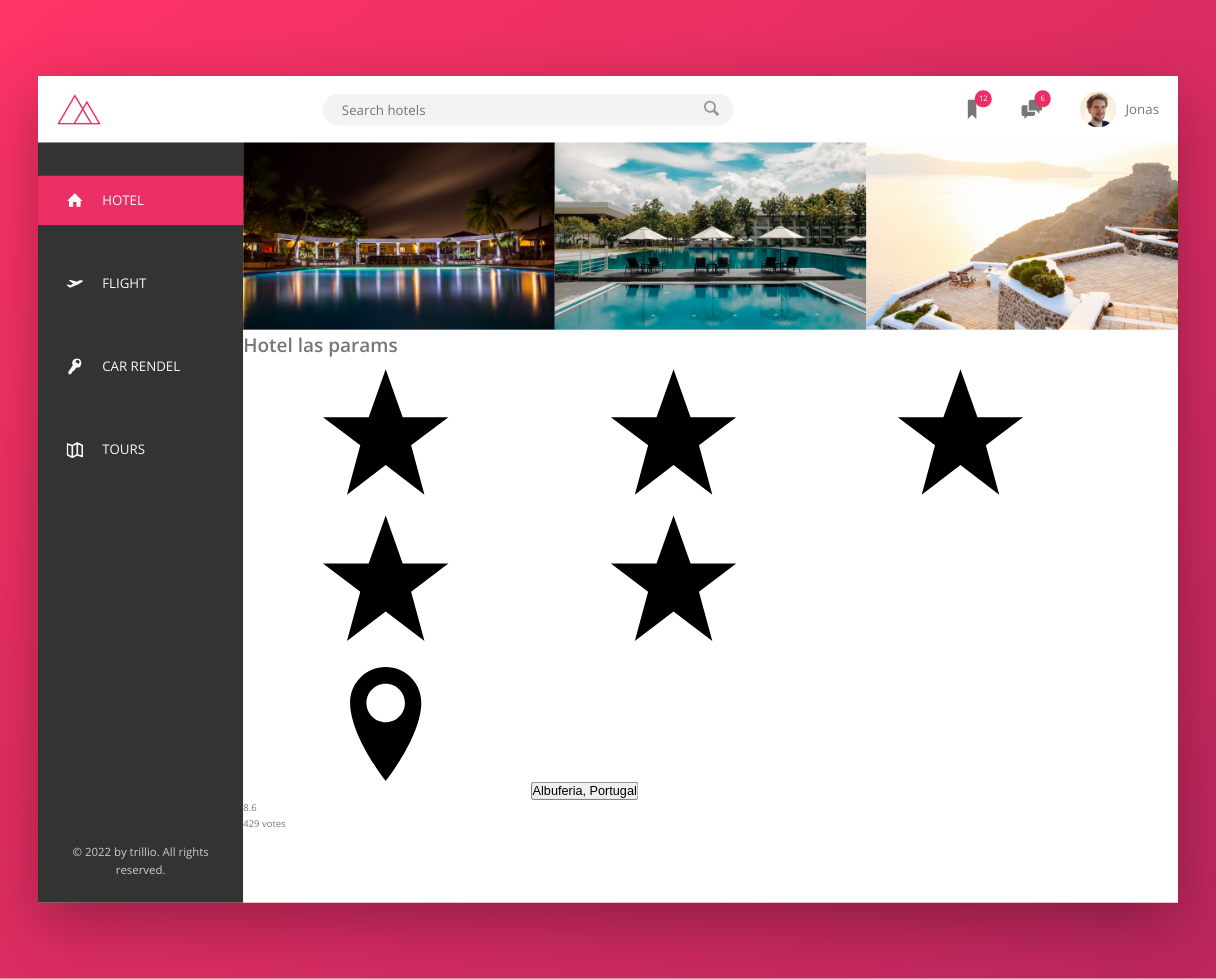
Repository: mohamediyas/flex_website
Page: index.html
An editor plug-in stored every save of this project. The page is shown before and after the next save, followed by the edit.
The browser window is 1280 px wide. The pictures show the whole page, at 95% of full size.
The style sheet was rebuilt from its Sass, Less or Tailwind sources for each picture, by a compiler version that may differ from the author's.

Above is the page before, as saved 2022-08-06 12:51:18.

### index.html
<!DOCTYPE html>
<html lang="en">
  <head>
    <meta charset="UTF-8" />
    <meta name="viewport" content="width=device-width, initial-scale=1.0" />
    <meta http-equiv="X-UA-Compatible" content="ie=edge" />

    <link
      href="https://fonts.googleapis.com/css?family=Open+Sans:300,400,600"
      rel="stylesheet"
    />
    <link rel="stylesheet" href="css/style.css" />
    <link rel="shortcut icon" type="image/png" href="img/favicon.png" />

    <title>nexter &mdash; your home, your freedom</title>
  </head>
  <body>
    <div class="container">
      <header class="header">
        <img src="img/logo.png" alt="trilio logo" class="logo" />
        <form action="#" class="search">
          <input
            type="text"
            class="search__input"
            placeholder="Search hotels"
          />
          <button class="search__button">
            <svg class="search__icon">
              <use xlink:href="img/sprite.svg#icon-magnifying-glass"></use>
            </svg>
          </button>
        </form>

        <nav class="user-nav">
          <div class="user-nav__icon-box">
            <svg class="user-nav__icon">
              <use xlink:href="img/sprite.svg#icon-bookmark"></use>
            </svg>
            <span class="user-nav__notification">12</span>
          </div>
          <div class="user-nav__icon-box">
            <svg class="user-nav__icon">
              <use xlink:href="img/sprite.svg#icon-chat"></use>
            </svg>
            <span class="user-nav__notification">6</span>
          </div>
          <div class="user-nav__user">
            <img
              src="img/user.jpg"
              alt="user image"
              class="user-nav__user-photo"
            />
            <span class="user-nav__user-name">Jonas</span>
          </div>
        </nav>
      </header>
      <div class="content">
        <nav class="sidebar">
          <ul class="side-nav">
            <li class="side-nav__item side-nav__item--active">
              <a href="#" class="side-nav__link">
                <svg class="side-nav__icon">
                  <use xlink:href="img/sprite.svg#icon-home"></use>
                </svg>
                <span>Hotel</span>
              </a>
            </li>
            <li class="side-nav__item">
              <a href="#" class="side-nav__link">
                <svg class="side-nav__icon">
                  <use xlink:href="img/sprite.svg#icon-aircraft-take-off"></use>
                </svg>
                <span>Flight</span>
              </a>
            </li>
            <li class="side-nav__item">
              <a href="#" class="side-nav__link">
                <svg class="side-nav__icon">
                  <use xlink:href="img/sprite.svg#icon-key"></use>
                </svg>
                <span>Car Rendel</span>
              </a>
            </li>
            <li class="side-nav__item">
              <a href="#" class="side-nav__link">
                <svg class="side-nav__icon">
                  <use xlink:href="img/sprite.svg#icon-map"></use>
                </svg>
                <span>Tours</span>
              </a>
            </li>
          </ul>
          <div class="legal">&copy; 2022 by trillio. All rights reserved.</div>
        </nav>
        <main class="hotel">
          <div class="gallery">
            <figure class="gallery__item">
              <img
                src="img/hotel-1.jpg"
                aria-label="home photot"
                alt=""
                class="gallery__photo"
              />
            </figure>

            <figure class="gallery__item">
              <img
                src="img/hotel-2.jpg"
                aria-label="home photot"
                alt=""
                class="gallery__photo"
              />
            </figure>

            <figure class="gallery__item">
              <img
                src="img/hotel-3.jpg"
                aria-label="home photot"
                alt=""
                class="gallery__photo"
              />
            </figure>
          </div>
          <div class="overview">
            <h1 class="overview__heading">Hotel las params</h1>
            <div class="overview__stars">
              <svg class="overview__icon-star">
                <use xlink:href="img/sprite.svg#icon-star"></use>
              </svg>
              <svg class="overview__icon-star">
                <use xlink:href="img/sprite.svg#icon-star"></use>
              </svg>
              <svg class="overview__icon-star">
                <use xlink:href="img/sprite.svg#icon-star"></use>
              </svg>
              <svg class="overview__icon-star">
                <use xlink:href="img/sprite.svg#icon-star"></use>
              </svg>
              <svg class="overview__icon-star">
                <use xlink:href="img/sprite.svg#icon-star"></use>
              </svg>
            </div>
            <div class="overview__location">
              <svg class="overview__icon-location">
                <use xlink:href="img/sprite.svg#icon-location-pin"></use>
              </svg>
              <button class="btn-inline">Albuferia, Portugal</button>
            </div>

            <div class="overview__rating">
              <div class="overview__rating-average">8.6</div>

              <div class="overview__rating-count">429 votes</div>
            </div>
          </div>
        </main>
      </div>
    </div>
  </body>
</html>

### sass/_base.scss
// COLOR VARIABLES

:root {
  --color-primary: #eb2f64;
  --color-primary-light: #ff3366;
  --color-primary-dark: #ba265d;

  --color-grey-light-1: #faf9f9;
  --color-grey-light-2: #f4f2f2;
  --color-grey-light-3: #f0eeee;
  --color-grey-light-4: #ccc;

  --color-grey-dark-1: #333;
  --color-grey-dark-2: #777;
  --color-grey-dark-3: #999;

  --shadow-dark: 0 2rem 6rem rgba(0, 0, 0, 0.3);
  --shadow-light: 0 2rem 5rem rgba(0, 0, 0, 0.06);

  --line: 1px solid var(--color-grey-light-2);
}

* {
  margin: 0;
  padding: 0;
}

*,
*::after,
*::before {
  box-sizing: inherit;
}

html {
  box-sizing: border-box;
  font-size: 62.5%;
}

body {
  background-image: linear-gradient(
    to right bottom,
    var(--color-primary-light),
    var(--color-primary-dark)
  );
  font-family: "Open Sans", sans-serif;
  font-weight: 400;
  line-height: 1.6;
  background-size: cover;
  background-repeat: no-repeat;
  min-height: 100vh;
  color: var(--color-grey-dark-2);
}

### sass/_components.scss
.logo {
  height: 3.25rem;
  margin-left: 2rem;
}

.search {
  flex: 0 0 40%;

  display: flex;
  justify-content: center;
  align-items: center;

  &__input {
    font-family: inherit;
    font-size: inherit;
    background-color: var(--color-grey-light-2);
    border: none;
    color: inherit;
    padding: 0.7rem 2rem;
    border-radius: 100px;
    width: 90%;
    transition: all 0.2s;
    margin-right: -3.25rem;
    &:focus {
      outline: none;
      width: 100%;
      background-color: var(--color-grey-light-3);
    }
  }

  &::-webkit-input-placeholder {
    font-weight: 100;
    color: var(--color-grey-light-4);
  }

  &__input:focus + &__button {
    background-color: var(--color-grey-light-3);
  }

  &__button {
    border: none;
    background-color: var(--color-grey-light-2);

    &:focus {
      outline: none;
    }

    &:active {
      transform: translateY(2px);
    }
  }

  &__icon {
    height: 2rem;
    width: 2rem;
    fill: var(--color-grey-dark-3);
  }
}

.user-nav {
  align-self: stretch;
  display: flex;
  align-items: center;

  & > * {
    padding: 0 2rem;
    cursor: pointer;
    height: 100%;
    display: flex;
    align-items: center;
  }

  & > *:hover {
    background-color: var(--color-grey-light-2);
  }

  &__icon-box {
    position: relative;
  }

  &__icon {
    height: 2.25rem;
    width: 2.25rem;
    fill: var(--color-grey-dark-2);
  }

  &__notification {
    font-size: 0.8rem;
    height: 1.75rem;
    width: 1.75rem;
    border-radius: 50%;
    background-color: var(--color-primary);
    color: #fff;
    position: absolute;
    top: 1.5rem;
    right: 1.1rem;
    display: flex;
    justify-content: center;
    align-items: center;
  }

  &__user {
  }

  &__user-photo {
    height: 3.75rem;
    border-radius: 50%;
    margin-right: 1rem;
  }

  &__user-name {
  }
}

// side navigation

.side-nav {
  font-size: 1.4rem;
  list-style: none;
  margin-top: 3.5rem;

  &__item {
    position: relative;

    &:not(:last-child) {
      margin-bottom: 3.5rem;
    }
  }

  &__item::before {
    content: "";
    position: absolute;
    top: 0;
    left: 0;
    height: 100%;
    width: 3px;
    background-color: var(--color-primary);
    transform: scaleY(0);
    transition: transform 0.2s, width 0.4s cubic-bezier(1, 0, 0, 1) 0.2s;
  }

  &__item:hover:before,
  &__item--active::before {
    transform: scaleY(1);
    width: 100%;
  }

  &__item:active:before {
    background-color: var(--color-primary-light);
  }

  &__link:link,
  &__link:visited {
    color: var(--color-grey-light-1);
    text-decoration: none;
    text-transform: uppercase;
    display: block;
    padding: 1.5rem 3rem;
    z-index: 10;
    position: relative;
    display: flex;
    align-items: center;
  }

  &__link:hover {
    color: white;
  }

  &__icon {
    width: 1.75rem;
    height: 1.75rem;
    margin-right: 2rem;
    fill: currentColor;
  }
}

.legal {
  font-size: 1.2rem;
  text-align: center;
  color: var(--color-grey-light-4);
  padding: 2.5rem;
}

.gallery {
  display: flex;

  &__photo {
    width: 100%;
    display: block;
  }
}

.overview {
  &__heading {
  }
  &__stars {
  }
  &__icon-star,
  &__icon-location {
  }
  &__location {
  }
  &__rating {
  }
  &__rating-average {
  }
  &__rating-count {
  }
}

### sass/_layout.scss
.container {
  max-width: 120rem;
  margin: 8rem auto;
  background-color: var(--color-grey-light-2);
  box-shadow: var(--shadow-dark);
  min-height: 50rem;
}

.header {
  font-size: 1.4rem;
  height: 7rem;
  background-color: #fff;
  border-bottom: var(--color-grey-light-2);
  display: flex;
  justify-content: space-between;
  align-items: center;
}

.content {
  display: flex;
}

.sidebar {
  background-color: var(--color-grey-dark-1);
  flex: 0 0 18%;
  display: flex;
  flex-direction: column;
  justify-content: space-between;
}

.hotel {
  background-color: #fff;
  height: 80rem;
  flex: 1;
}

Loaded but not shown: sass/main.scss (common file)

After the next save:
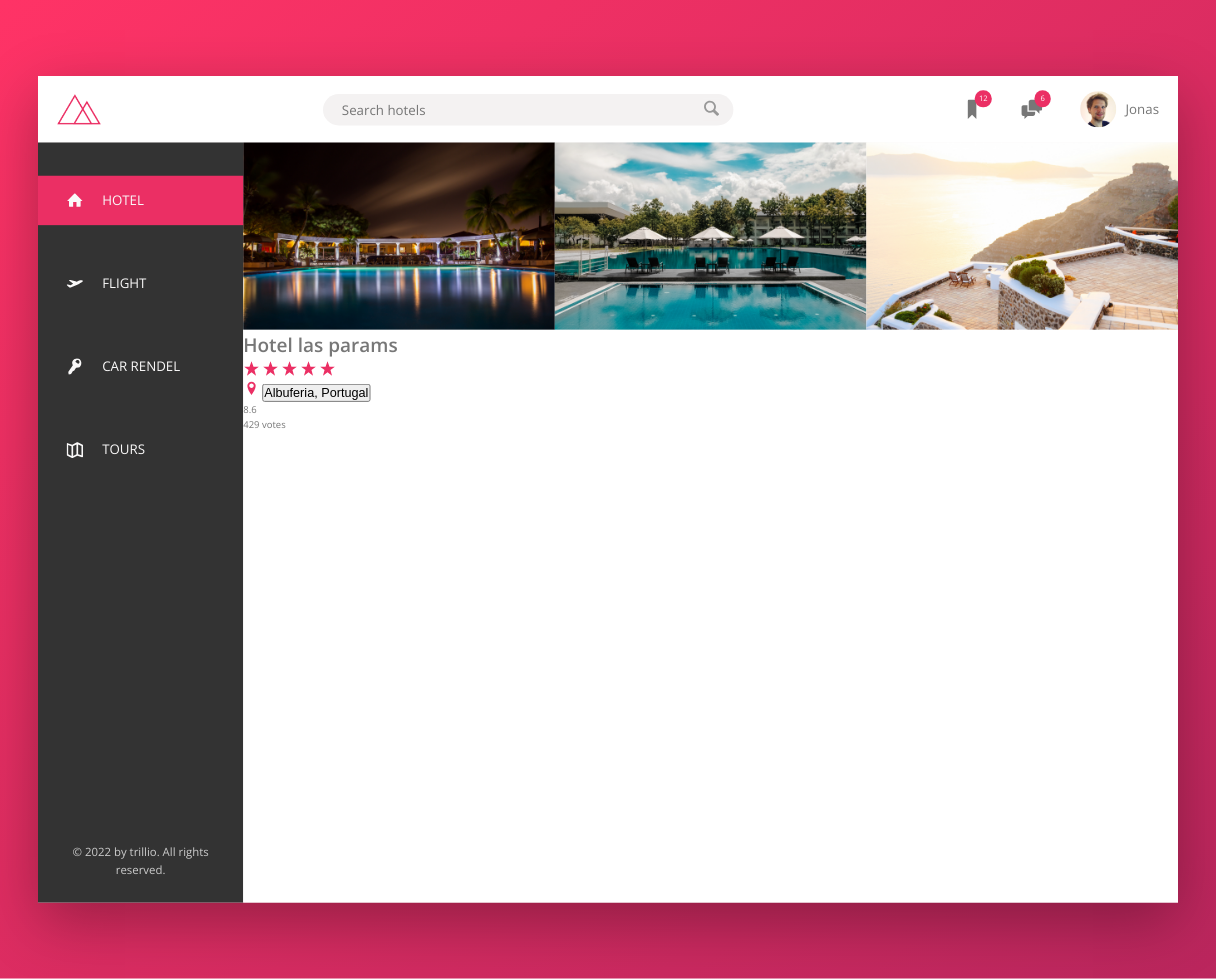
Saved 34 s later.
--- a/sass/_components.scss
+++ b/sass/_components.scss
@@ -197,6 +197,9 @@
   }
   &__icon-star,
   &__icon-location {
+    width: 1.75rem;
+    height: 1.75rem;
+    fill: var(--color-primary);
   }
   &__location {
   }
